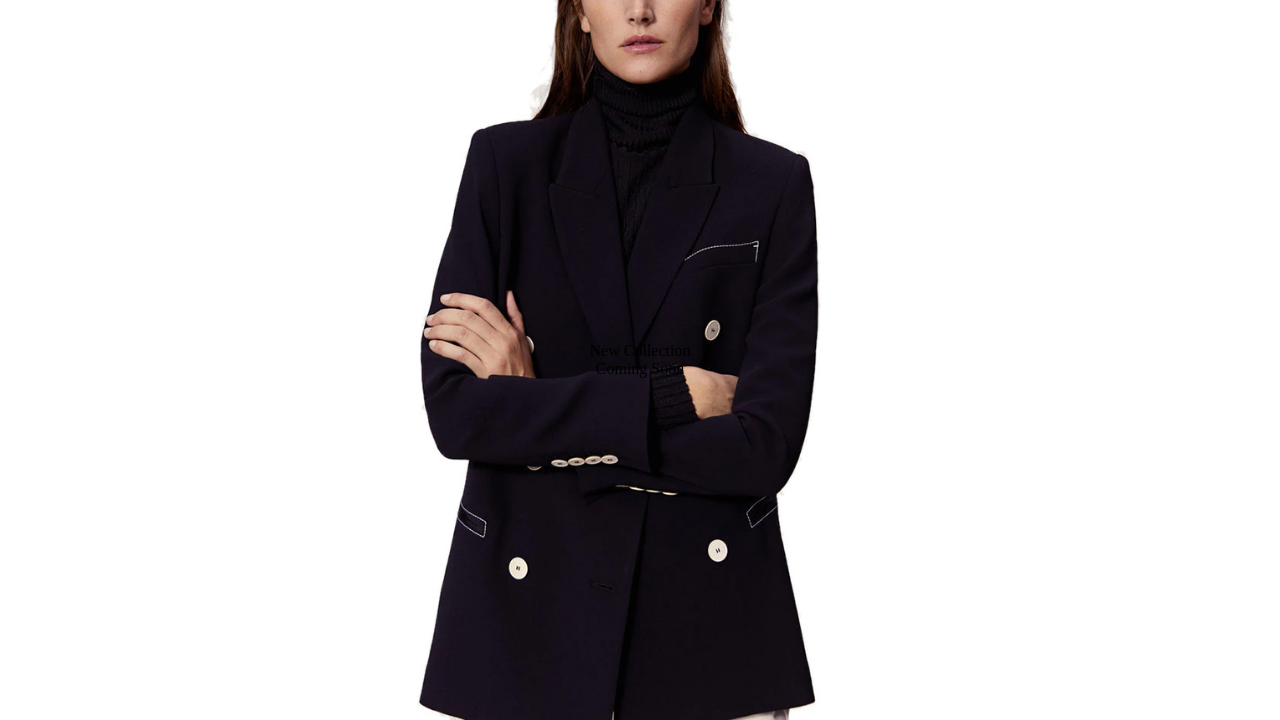
Repository: ST-United-Internship/Modaz-4life
Page: comingsoon&FAQ/coming-soon.html
These files come from the project's save history. The page is drawn as it stood at one moment and after the next save; the edit follows.
The browser window is 1280 px wide. The pictures show the whole page.

Above is the page before, as saved 2023-03-21 14:28:39.

After the next save:
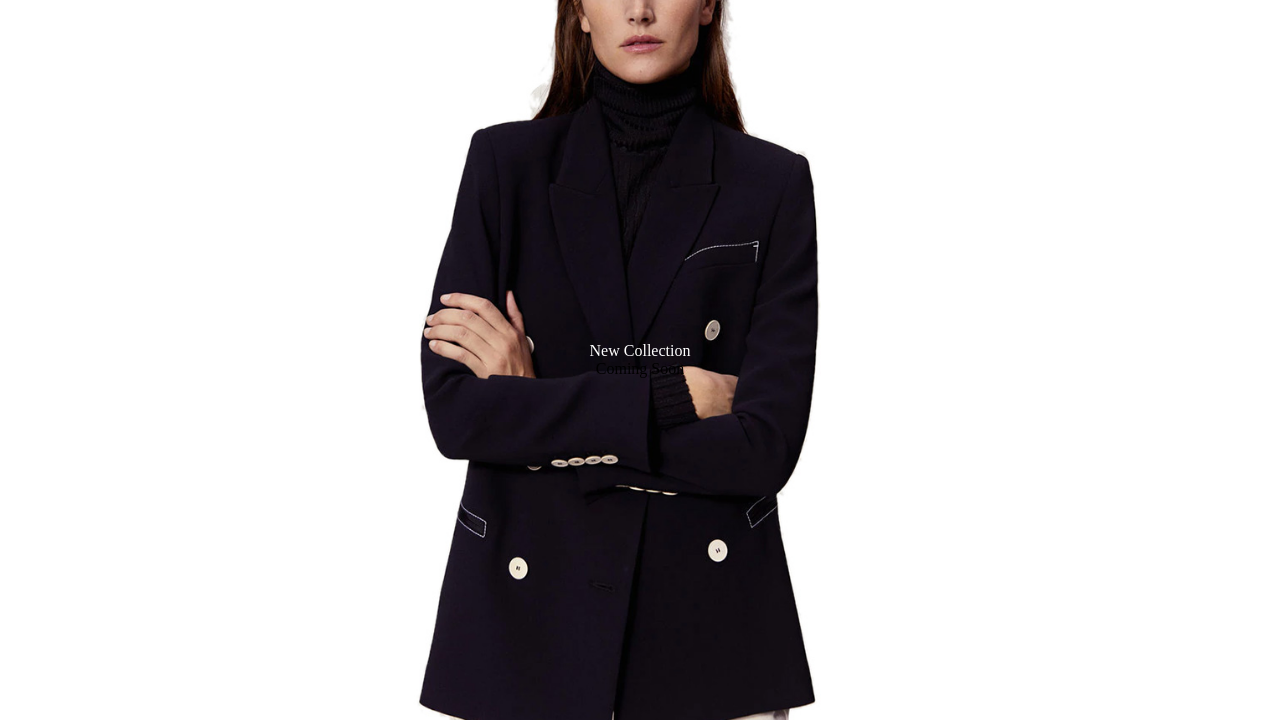
Saved 1 s later.
--- a/comingsoon&FAQ/css/layout.css
+++ b/comingsoon&FAQ/css/layout.css
@@ -62,5 +62,5 @@ body .container{
 }
 
 .container header{
-    color: w;
+    color: white;
 }
